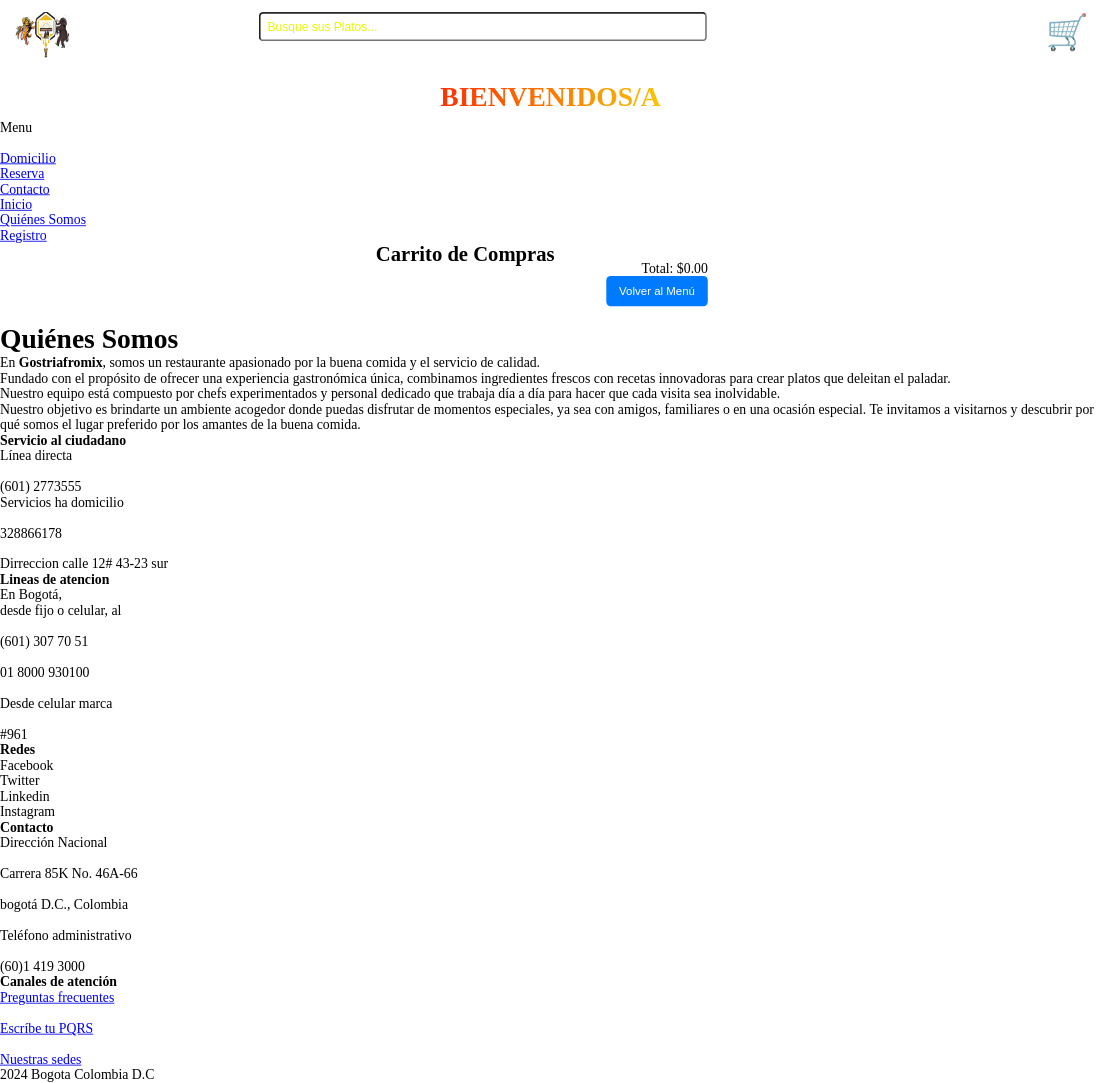
Repository: ye909/app_restaurante
Page: index.html
The author's editor kept a copy of each file at every save. The page is drawn from the files as they stood at one save, then again after the next save.
The browser window is 1280 px wide. The pictures show the whole page, at 86% of full size.

Above is the page before, as saved 2025-01-11 17:23:07.
Console error: ReferenceError: menuItems is not defined

### index.html
<!DOCTYPE html>
<html lang="en">
<head>
  <meta charset="UTF-8">
  <meta name="viewport" content="width=device-width, initial-scale=1.0">
  <title>Restaurante</title>
  <link rel="stylesheet" href="./css/style.css">
  <link rel="stylesheet" href="./css/heder.css">
  <link rel="stylesheet" href="./css/opcion_menu.css">
  <link rel="stylesheet" href="./css/modal_card.css">
</head>
<body>


  <header>
    <div class="container_header_card">
      <div class="imagen"><img src="/public/imagen/login.gif" alt=""></div>

      <input type="text" id="buscar" class="buscar" placeholder="Busque sus Platos...">
      <ul id="productList" class="productList"></ul>

      <div id="cart-btn" class="shopping">🛒</div>

  </header>

  <h1 class="bienvenida" id="bienvenida">BIENVENIDOS/A</h1>
  <nav>
    <ul>
      <li id="menu-btn"> Menu</li>
      <li></li>
      </li>
      <li><a href="./public/templeis/domicilio.html" target="_blank">Domicilio</a></li>
      <li><a href="./public/templeis/reserva.html" target="_blank">Reserva</a></li>
      <li><a href="#contacto">Contacto</a></li>
      <li><a href="./public/templeis/login.html" target="_blank">Inicio</a></li>
      <li><a href="#somos">Quiénes Somos</a></li>
      <li><a href="./public/templeis/registro.html" target="_blank">Registro</a> </li>
    </ul>
  </nav>

  <main id="menu-view" class="menu-view">
    <div class="filter-buttons">
      <button class="filter" data-region="Todos">Todos</button>
      <button class="filter" data-region="Latinoamérica">Latinoamérica</button>
      <button class="filter" data-region="Centroamérica">Centroamérica</button>
      <button class="filter" data-region="Suramérica">Suramérica</button>
    </div>
    <div id="menu-items" class="menu-items"></div>
    <div><h1>aaas</h1></div>
    <audio id="clickSound" src="./public/audio/mouse_btn3.mp3"></audio>
  </main>

  <main id="cart-view"  class="cart-view">
    <h2>Carrito de Compras</h2>

    <div id="cart-items" class="cart-items"></div>
    <div class="cart-total">
      <p>Total: <span id="cart-total">$0.00</span></p>
      <button id="back-to-menu">Volver al Menú</button>
    </div>
  </main>

  <div class="container quienes-somos" id="somos">
    <h1>Quiénes Somos</h1>
    <p>En <strong>Gostriafromix</strong>, somos un restaurante apasionado por la buena comida y el servicio de calidad.
      <br>
      Fundado con el propósito de ofrecer una experiencia gastronómica única, combinamos ingredientes frescos con
      recetas innovadoras para crear platos que deleitan el paladar. <br>
      Nuestro equipo está compuesto por chefs experimentados y personal dedicado que trabaja día a día para hacer que
      cada visita sea inolvidable.
    </p>
    <p>Nuestro objetivo es brindarte un ambiente acogedor donde puedas disfrutar de momentos especiales, ya sea con
      amigos, familiares o en una ocasión especial. Te invitamos a
      visitarnos y descubrir por qué somos el lugar preferido por los amantes de la buena comida.</p>
  </div>


<footer>
  <div class="conataine_footer">
    <div>
      <h4>Servicio al ciudadano</h4>
      <p><span>L</span>ínea directa <br> <br> (601) 2773555</p>
      <p id="domicilio"><span>S</span>ervicios ha domicilio<br> <br>328866178 <br><br>Dirreccion calle 12# 43-23 sur
      </p>

    </div>

    <div>
      <h4>Lineas de atencion</h4>
      <p><span>E</span>n Bogotá, <br> desde fijo o celular, al <br><br>
        (601) 307 70 51 <br><br>
        01 8000 930100 <br><br>
        <span>D</span>esde celular marca <br><br>
        #961
      </p>
    </div>
    <div>
      <h4>Redes</h4>
      <div><a href=""><i class="fa-brands fa-facebook"> </i></a> Facebook</div>
      <div><a href=""><i class="fa-brands fa-twitter"></i></a>Twitter</div>
      <div><a href=""><i class="fa-brands fa-linkedin"></i> </a>Linkedin</div>
      <div><a href=""><i class="fa-brands fa-instagram"></i></a> Instagram</div>
    </div>
    <div>
      <h4 id="contacto">Contacto</h4>
      <p><span>D</span>irección Nacional<br><br>
        <span>C</span>arrera 85K No. 46A-66<br><br>
        <span>b</span>ogotá D.C., Colombia<br><br>
        <span>T</span>eléfono administrativo<br><br>
        (60)1 419 3000
      </p>
    </div>

    <div>
      <h4> Canales de atención</h4>
      <p><a href="#">Preguntas frecuentes</p></a><br>
      <p><a href="#">Escríbe tu PQRS</p></a><br>
      <p><a href="#">Nuestras sedes</p></a>
    </div>
  </div>
</footer>
<div class="container_final">2024 Bogota Colombia D.C</div>


  <script src="./js/script.js"></script>
  <script src="./js/productos.js"></script>
  <script src="./js/dinamico.js"></script>
</body>
</html>

### css/style.css

*{
  padding: 0%;
  margin: 0%;
  transition: all;
  scroll-behavior: smooth;
}



  .filter-buttons {
    margin: 20px;
    text-align: center;
  }

  .filter {
    margin: 5px;
    padding: 10px 15px;
    background-color: #007bff;
    color: white;
    border: none;
    cursor: pointer;
    border-radius: 5px;
  }

  .filter:hover {
    background-color: #0056b3;
  }
  .menu-items,.cart-view{
    display: flex;
    justify-content: space-between;
    justify-content: center;
    flex-direction: row;
    flex-wrap: wrap;
    gap: 20px;
  }

### css/heder.css
.container_header_card{
    display: flex;
    justify-content: space-between;
    justify-items: center;
    flex-direction: row;
    flex-wrap: wrap;
    padding: 14px;
    }

 .productList {
     list-style-type: none;
     padding: 0;
 }

 .productList li {
     padding: 10px;
     border-bottom: 1px solid #ccc;
 }

 .productList li:last-child {
     border-bottom: none;
 }

  .container_header_card img{
    width: 70px;
}
  .shopping{
    font-size: 40px;
cursor: pointer;
}
.buscar::placeholder{
    color:rgb(232, 248, 3);
    font-size: 14px;
}

.buscar {
    width: 40%;
    height: 1.9vh;
    background:transparent;
    color:white;
    font-size: 18px;
    border-radius: 5px;
    margin-left: 20px;
}
:is(.bienvenida,
 .buscar){
     padding: 8px;
 }
 .bienvenida{
    background-image:linear-gradient(to left, rgb(4, 151, 4), rgb(248, 244, 7),  red,rgb(14, 14, 240));
    -webkit-text-fill-color:transparent;
    -webkit-background-clip: text;
    background-clip: text;
    text-align: center;


}

### css/opcion_menu.css
.menu-view{
    display: none;
}

### css/modal_card.css

.cart-view{
    /* display: none; */
     }
     /* .menu-items, .cart-items {
       display: grid;
       grid-template-columns: repeat(auto-fit, minmax(250px, 1fr));
       gap: 20px;
       margin: 20px;
     } */

     .card {
        width: 15%;
        padding: 10px;
        background: rgba(0, 0, 0, 0.4);
        border-radius: 10px;
     }

     .card img {
       width: 100%;
       height: 150px;
       object-fit: cover;
       border-radius: 5px;
     }

     .card button {
       margin-top: 10px;
       background-color: #007bff;
       color: white;
       border: none;
       padding: 10px;
       border-radius: 5px;
       cursor: pointer;
     }

     .card button:hover {
       background-color: #0056b3;
     }

     .cart-total {
       text-align: right;
       margin: 20px;
     }

     .cart-total button {
       background-color: #007bff;
       color: white;
       border: none;
       padding: 10px 15px;
       cursor: pointer;
       border-radius: 5px;
     }

     .cart-total button:hover {
       background-color: #0056b3;
     }



/* ntainer_fondo_card {
    width: 100%;
    background: rgba(226, 225, 231, 0.6);
    top: 0;
    bottom: 0;
    left: 0;
    right: 0;
    max-height: 100%;
    position: fixed;
    margin: 4px;
    color: white;
    display: none;
    overflow: scroll;
  }

  .modal-header{
    display: flex;
    justify-content: space-between;
    flex-direction: row;
    flex-wrap: wrap;
  }
  .ventana_modal {


  }
  .modal-header img {
    width: 50px;
  }
  .btnclose {
    font-size: 20px;
    cursor: pointer;
  }

  .modal-foote {
    min-height: 100vh;
    display: grid;
    grid-template-rows: auto 1fr auto;
    z-index: 2;
  }
  .img_modal{
      object-fit: cover;
      width: 90px;
      border-radius:4px;
  }



   */

### js/script.js

  let cart = [];
  let selectedRegion = "Todos";

  const menuView = document.getElementById("menu-view");
  const cartView = document.getElementById("cart-view");
  const menuItemsContainer = document.getElementById("menu-items");
  const cartItemsContainer = document.getElementById("cart-items");
  const cartTotal = document.getElementById("cart-total");

  document.querySelectorAll(".filter").forEach(button => {
    button.addEventListener("click", () => {
      selectedRegion = button.getAttribute("data-region");
      renderMenu();
    });
  });

  document.getElementById("menu-btn").addEventListener("click", () => {
    menuView.style.display = "block";
    cartView.style.display = "none";
  });

  document.getElementById("cart-btn").addEventListener("click", () => {
    menuView.style.display = "none";
    cartView.style.display = "block";
    renderCart();
  });

  document.getElementById("back-to-menu").addEventListener("click", () => {
    menuView.style.display = "block";
    cartView.style.display = "none";
  });

  function renderMenu() {
    menuItemsContainer.innerHTML = "";
    const filteredItems = selectedRegion === "Todos" ? menuItems : menuItems.filter(item => item.region === selectedRegion);
    filteredItems.forEach(item => {
      const card = document.createElement("div");
      card.className = "card";
      card.innerHTML = `
        <img src="${item.image}" alt="${item.name}">
        <h3>${item.name}</h3>
        <p>${item.description}</p>
        <p><strong>$${item.price.toFixed(2)}</strong></p>
        <button onclick="addToCart(${item.id})">Agregar</button>
      `;
      menuItemsContainer.appendChild(card);
    });
  }

  function renderCart() {
    cartItemsContainer.innerHTML = "";
    cart.forEach(item => {
      const cartItem = document.createElement("div");
      cartItem.className = "card";
      cartItem.innerHTML = `
        <h3>${item.name}</h3>
        <p>Cantidad: ${item.quantity}</p>
        <p><strong>$${(item.price * item.quantity).toFixed(2)}</strong></p>
      `;
      cartItemsContainer.appendChild(cartItem);
    });
    const total = cart.reduce((sum, item) => sum + item.price * item.quantity, 0);
    cartTotal.textContent = `$${total.toFixed(2)}`;
  }

  function addToCart(id) {
    const item = menuItems.find(item => item.id === id);
    const cartItem = cart.find(item => item.id === id);
    if (cartItem) {
      cartItem.quantity++;
    } else {
      cart.push({ ...item, quantity: 1 });
    }
  }

  renderMenu();

### js/productos.js
const menuItems = [
  { id: 1, name: "Tacos al Pastor", description: "Delicious tacos", price: 12.99, image: "https://via.placeholder.com/150", region: "Latinoamérica" },
  { id: 2, name: "Pupusas", description: "Thick griddle cakes", price: 9.99, image: "https://via.placeholder.com/150", region: "Centroamérica" },
  { id: 3, name: "Ceviche", description: "Fresh seafood", price: 15.99, image: "https://via.placeholder.com/150", region: "Suramérica" },
];


// const menuItems = [

//     {
//       id:1,
//       nombre: "Bebida caliente",
//       img: "./public/imagen/bebidas_calientes1.PNG",
//       precio: 20000,
//       descripcion1: "hecho en los mejores lugares de paris",
//       cantidad: 1,
//     },

//     {
//       id:4,
//     precio:10000,
//     nombre:"carne",
//     img:"./public/imagen/mexica1.jpg",
//       descripcion:"Los tacos son uno de los mida "
//     , descripcion1:"tanos"
//     },
//     {
//       id:5,
//       precio:100,
//       nombre:"Sancocho",
//       img:"./public/imagen/sancocho.webp",
//         descripcion:"ya no kkkkk",
//          descripcion1:"plato de casula"
//     },
//     {
//       id:6,
//       precio:30000,
//     nombre:"Lechona",
//     img:"./public/imagen/mexica2.jpg",
//       descripcion:"La lechona es un plato típico de la "
//      ,descripcion1:"plátanos rellenos"
//     },
//     {
//       id:7,
//     precio:90000,
//     nombre:"Postre",
//     img:"./public/imagen/postre2.PNG",
//       descripcion:"ya nhhjshhshao ",
//        descripcion1:"Sabor y dulsura en el plato"
//     },
//     {
//       id:8,
//     precio:10000,
//     nombre:"Coltel",
//     img:"./public/imagen/coltel.webp",
//       descripcion:"Los tacos son uno de comida "
//     , descripcion1:"tanos"
//     },

//     {
//       id:10,
//       precio:30000,
//     nombre:"Cerveza",
//     img:"./public/imagen/cervezas.webp",
//       descripcion:"La lechona es un conoce como "
//      ,descripcion1:"plátanos rellenos"
//     },
//     {
//       id:9,
//       precio:100,
//       nombre:"plátanos rellenos",
//       img:"./public/imagen/platano.PNG",
//         descripcion:"ya no kkkkk",
//          descripcion1:"Rellenos de bocadillo y queso"
//     },
//     {
//       id:10,
//       precio:30000,
//     nombre:"Jugos",
//     img:"./public/imagen/JUGOS_NATURALES.jpg",
//       descripcion:"La lechona es unente se conoce como "
//      ,descripcion1:"plátanos rellenos"
//     },
//     {
//       id:11,
//     precio:90000,
//     nombre:"Arrozanas",
//     img:"./public/imagen/mexico6.jpg",
//       descripcion:"ya nhhjshhshao ",
//        descripcion1:"plátanos rellenos"
//     },
//     {
//     id:11,
//     precio:90000,
//     nombre:"Licor",
//     img:"./public/imagen/licores.webp",
//       descripcion:"ya nhhjshhshao ",
//        descripcion1:"plátanos rellenos"
//     }
//     //    contenido:"ya no"
//   ];

### js/dinamico.js

 const menuview = document.getElementById("menu-view")
const menu_principal=document.getElementById("menu_principal").addEventListener("click",ver_menu)

function ver_menu() {
  menuview.style.display="inline"
}
// texto de bienvenida

setTimeout(()=>{
    const bienvenida = document.getElementById("bienvenida").remove()
    bienvenida.style.transition=" background-color 0.3s ease, transform 0.7s ease; "
},3000)


// audio de los botones
const playSound = function () {
    var audio = document.getElementById("clickSound");
    audio.play();
  }



// // Ejemplo de notificación (opcional)
// document.getElementById('btnboton_agregar').addEventListener('click', () => {
//     if (Notification.permission === 'granted') {
//         new Notification('¡Hola desde tu PWA!');
//     } else if (Notification.permission !== 'denied') {
//         Notification.requestPermission().then((permission) => {
//             if (permission === 'granted') {
//                 new Notification('¡Hola desde tu PWA!');
//             }
//         });
//     }
// });

After the next save:
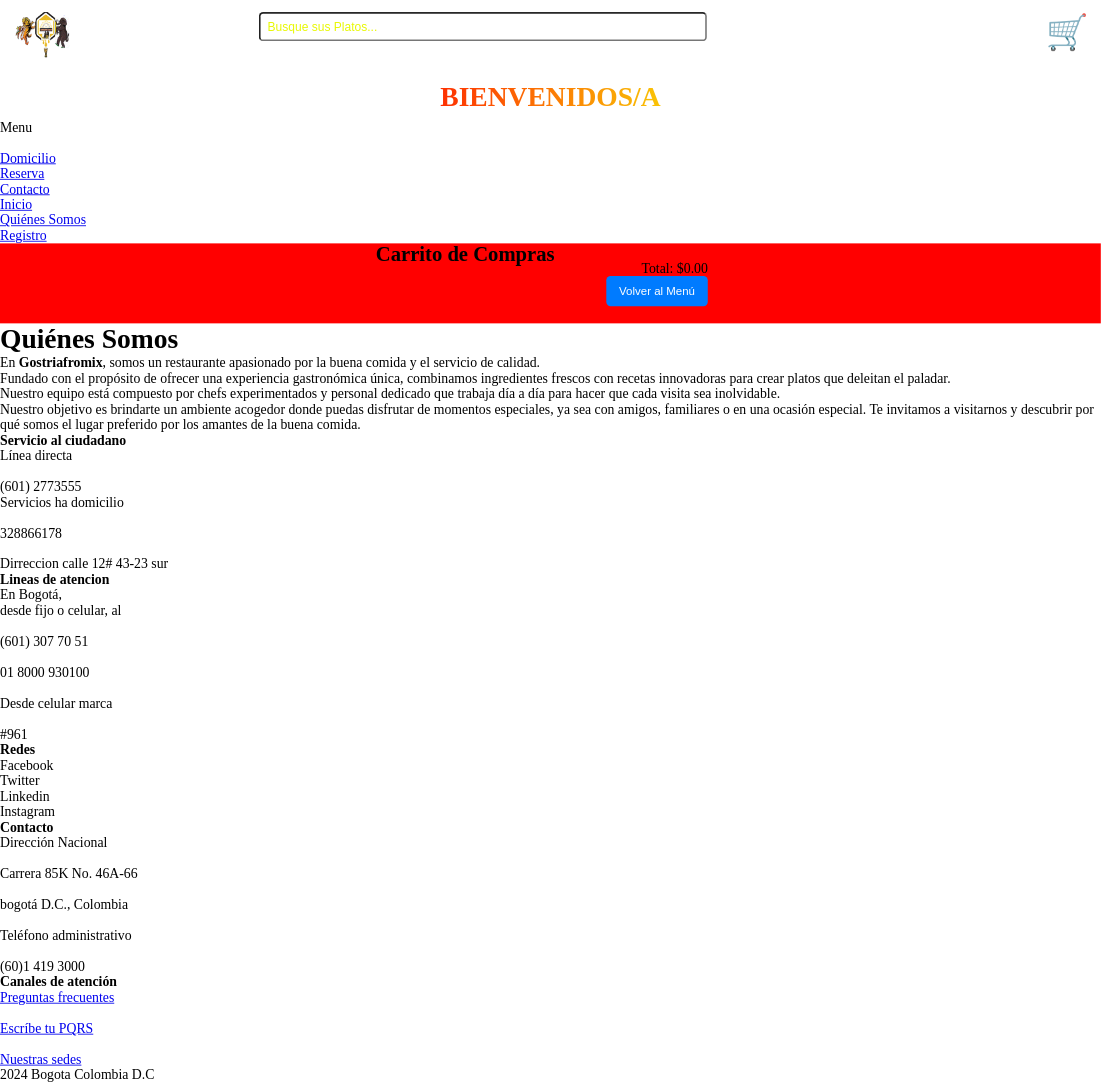
Saved 58 s later.
--- a/css/modal_card.css
+++ b/css/modal_card.css
@@ -1,6 +1,7 @@
 
 .cart-view{
     /* display: none; */
+    background:red;
      }
      /* .menu-items, .cart-items {
        display: grid;

After the 2 saves that followed:
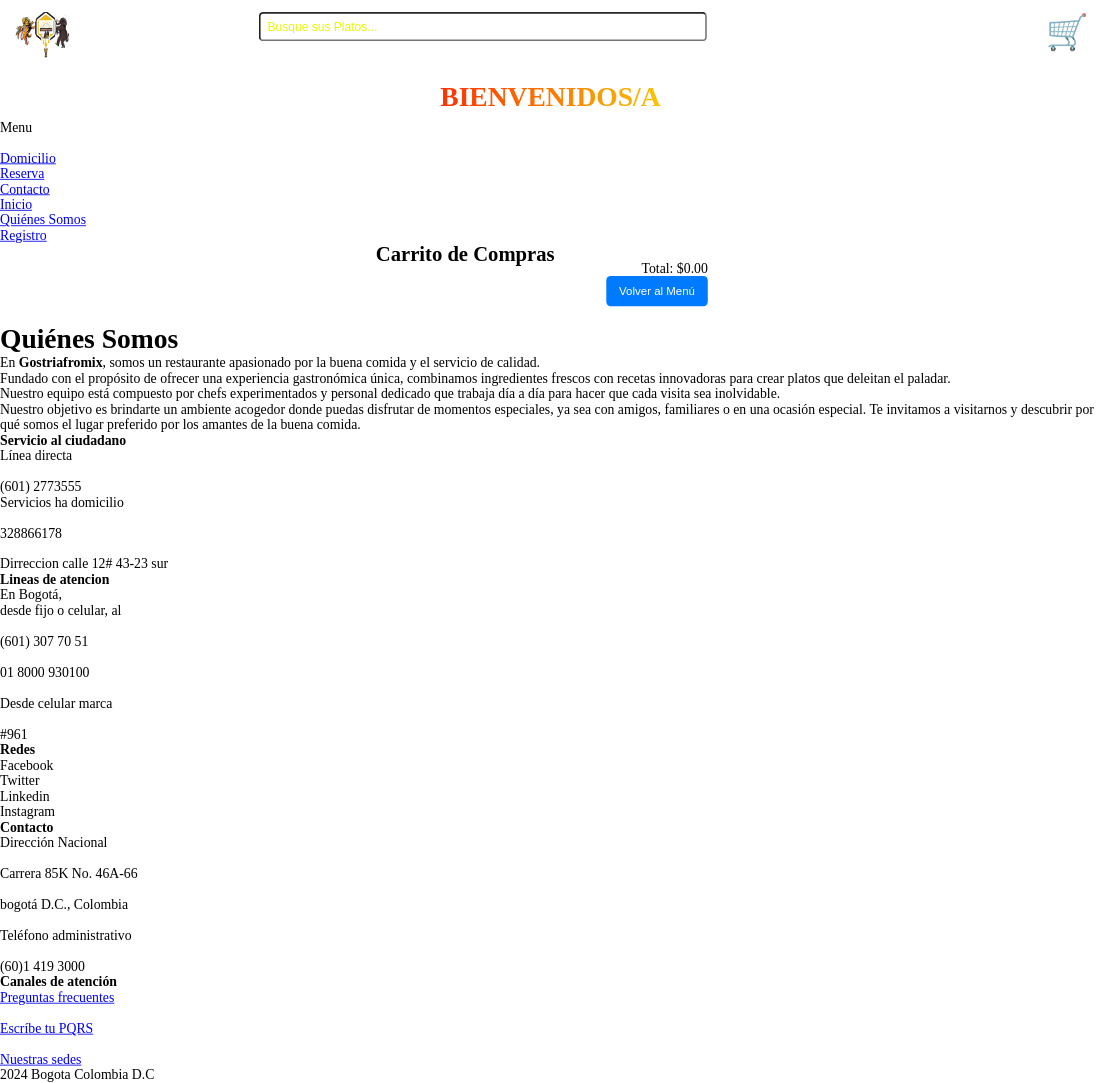
The 2 saves are shown as one change because 1 left the picture as it was.
The last was saved 2 min 29 s later.
--- a/css/modal_card.css
+++ b/css/modal_card.css
@@ -1,8 +1,18 @@
 
 .cart-view{
+
+
+     /* este es el fondo de carrito*/
+
+
     /* display: none; */
+
+     }
+
+   .menu-items{
+    width: 100%;
     background:red;
-     }
+   }
      /* .menu-items, .cart-items {
        display: grid;
        grid-template-columns: repeat(auto-fit, minmax(250px, 1fr));
